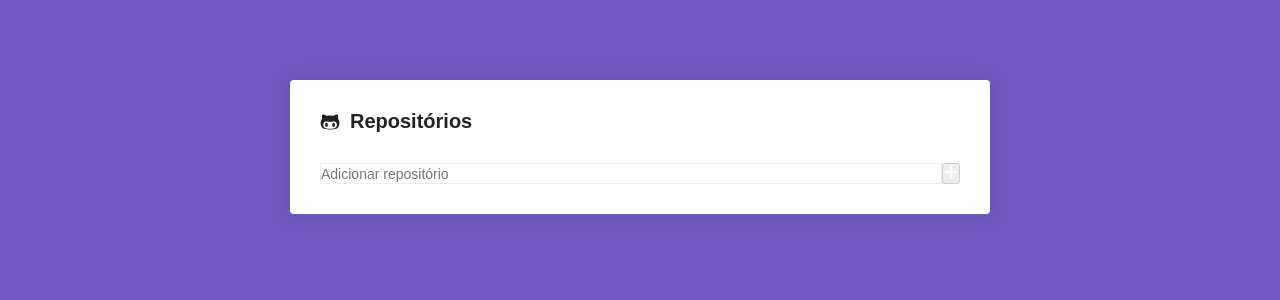
Repository: renanalves/github-repository
Page: /
The author's editor kept a copy of each file at every save. The page is drawn from the files as they stood at one save, then again after the next save.
The browser window is 1280 px wide. The pictures show the whole page.
The project was rebuilt for these pictures with package versions that can differ from the ones it lists, and the page was loaded fresh each time. Also part of the build but not shown: src/pages/Repository/index.js.

Above is the page before, as saved 2020-03-13 11:09:35.

### src/routes.js
import React from 'react';
import { BrowserRouter, Switch, Route } from 'react-router-dom';

import Main from './pages/Main';
import Repository from './pages/Repository';

export default function Routes() {
  return (
    <BrowserRouter>
      <Switch>
        <Route exact path="/" component={Main} />
        <Route path="/repository" component={Repository} />
      </Switch>
    </BrowserRouter>
  );
}

### src/pages/Main/index.js
import React from 'react';

import { FaGithubAlt, FaPlus } from 'react-icons/fa';

import { Container, Form, SubmitButton } from './styles';

export default function Main() {
  return (
    <Container>
      <h1>
        <FaGithubAlt />
        Repositórios
      </h1>
      <Form onSubmit={() => { }}>
        <input type="text" placeholder="Adicionar repositório" />

        <SubmitButton disabled>
          <FaPlus color="#fff" size={14} />
        </SubmitButton>
      </Form>
    </Container>
  );
}

### src/pages/Main/styles.js
import styled from 'styled-components';

export const Container = styled.div`
  max-width: 700px;
  background: #fff;
  border-radius: 4px;
  box-shadow: 0 0 20px rgba(0, 0, 0, 0.1);
  padding: 30px;
  margin: 80px auto;

  h1 {
    font-size: 20px;
    display: flex;
    flex-direction: row;
    align-items: center;

    svg {
      margin-right: 10px;
    }
  }
`;

export const Form = styled.form`
  margin-top: 30px;
  display: flex;
  flex-direction: row;

  input {
    flex: 1;
    border: 1px solid #eee;
  }
`;

export const SubmitButton = styled.button``;

Loaded but not shown: public/index.html (common file); src/index.js (common file); src/App.js (common file); src/styles/global.js (common file)

After the next save:
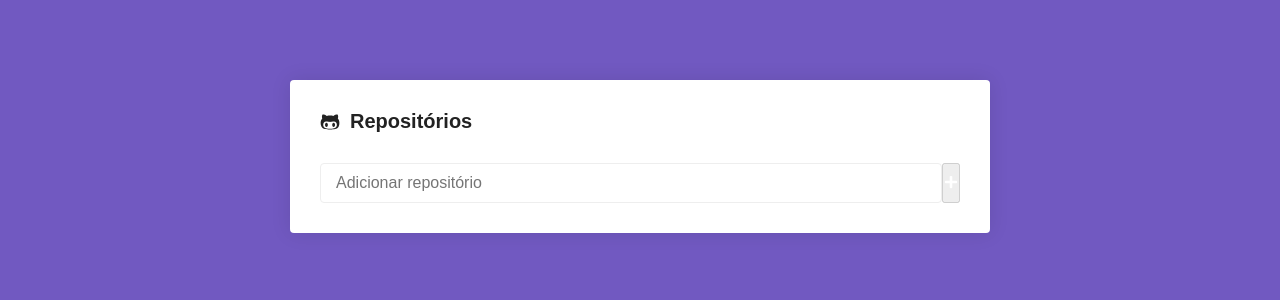
Saved 3 min 58 s later.
--- a/src/pages/Main/styles.js
+++ b/src/pages/Main/styles.js
@@ -28,6 +28,9 @@ export const Form = styled.form`
   input {
     flex: 1;
     border: 1px solid #eee;
+    padding: 10px 15px;
+    border-radius: 4px;
+    font-size: 16px;
   }
 `;
 
